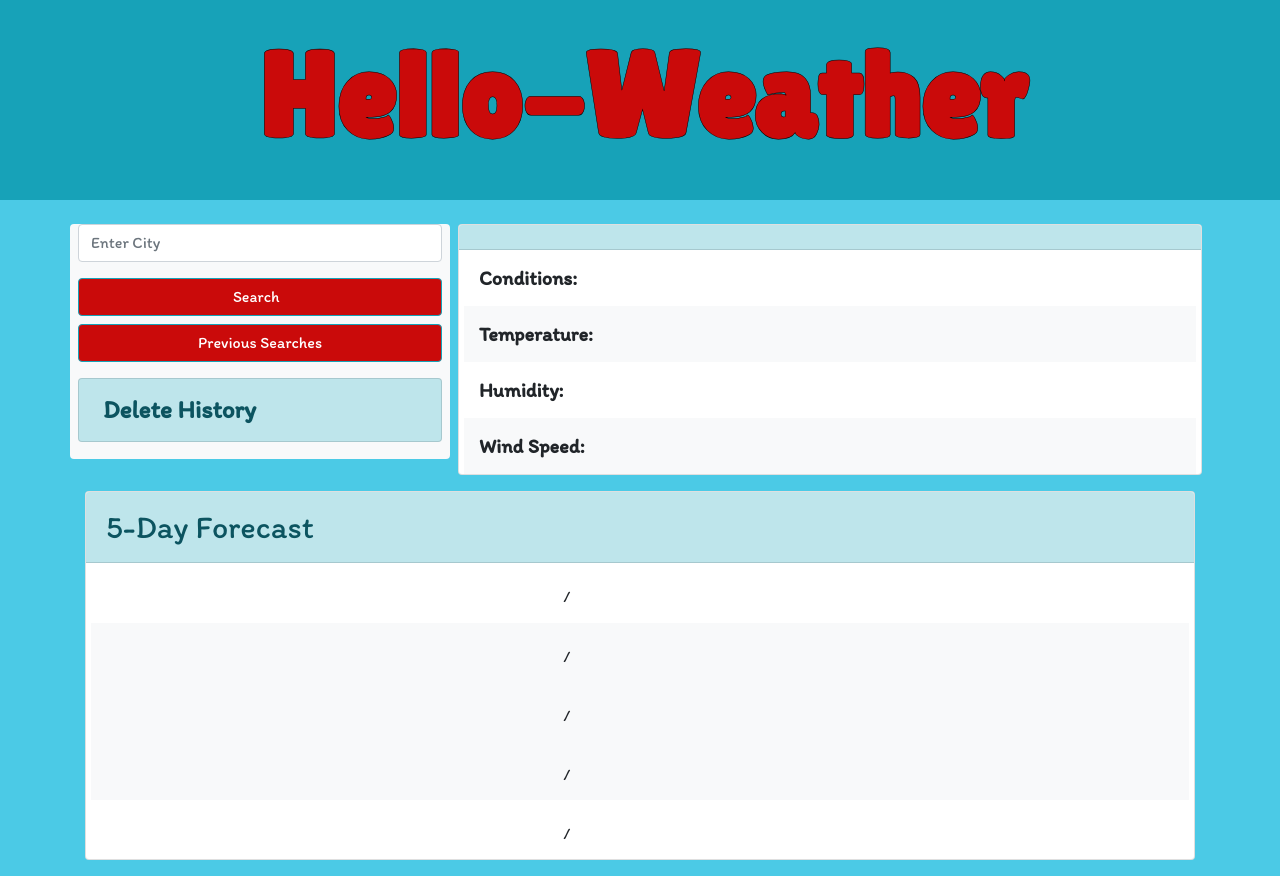
Repository: Jazinha/Hello-kitty-weather
Page: index.html
These files come from the project's save history. The page is drawn as it stood at one moment and after the next save; the edit follows.
The browser window is 1280 px wide. The pictures show the whole page.
Some web libraries are served in a nearby version.

Above is the page before, as saved 2023-02-08 01:46:47.

### index.html
<!DOCTYPE html>
<html>

<head>
    <title>Hello-Weather!</title>
    <meta charset="utf-8">

    <link rel="preconnect" href="https://fonts.googleapis.com">
    <link rel="preconnect" href="https://fonts.gstatic.com" crossorigin>
    <link href="https://fonts.googleapis.com/css2?family=Itim&family=Lilita+One&display=swap" rel="stylesheet">
    <link rel="stylesheet" href="https://cdn.jsdelivr.net/npm/bootstrap@4.0.0/dist/css/bootstrap.min.css"
        integrity="sha384-Gn5384xqQ1aoWXA+058RXPxPg6fy4IWvTNh0E263XmFcJlSAwiGgFAW/dAiS6JXm" crossorigin="anonymous">
    <link rel="stylesheet" href="style.css">
</head>

<body>
    <header class="bg-info p-4 mb-2 text-center">
        <h1 class="font-weight-bold text-red">
          <i class="fas fa-cloud-sun mr-1"></i>
          Hello-Weather
        </h1>
        <p id="today" class="h4 text-white"></p>
      </header>

      <!-- Content Container -->
      <div class="container">
        <div class="row">

          <!-- Sidebar: Search + Search History -->
          <aside class="col-sm-4 bg-light px-2 my-3 rounded">

            <!-- Search Input -->

              <input id="search" class="form-control" type="text" placeholder="Enter City" aria-label="Search"/>
              <button id="search-btn" class="btn btn-block btn-info mt-3" type="button">
                Search
                <img class="fas fa-search ml-1">
              </button>

            <!-- Previous Searches Button (only visible at smaller breakpoints) -->
            <button id="collapse-search-history" class="btn btn-block btn-info" type="button" data-toggle="collapse" data-target="#search-history" aria-expanded="false" aria-controls="collapseExample">
              Previous Searches
            </button>

            <!-- Search History -->
            <ul id="search-history" class="list-group collapse mt-3">
              <li id="delete-history" class="list-group-item list-group-item-info font-weight-bold">
                <i class="fas fa-trash-alt mr-1"></i>
                Delete History
              </li>
            </ul>
          </aside>

          <!-- Main Content: Weather Dashboard -->
          <main class="col-sm-8 px-2 mt-3">

            <!-- Section: Current Weather Data -->
            <section class="card">

              <!-- Current City -->
              <div class="card-header d-flex align-items-center list-group-item-info">
                <p id="city" class="h2 my-0 mr-2"></p>
                <img id="icon" class="">
              </div>

              <div class="card-body py-0">

                <!-- Current Conditions -->
                <div class="row d-flex align-items-center py-3">
                  <div class="col-8 col-md-6 col-lg-4">
                    <p id="current-condition" class="h5 font-weight-bold m-0">Conditions:</p>
                  </div>
                  <div class="col-4 col-md-6 col-lg-8 px-0">
                    <p id="condition" class="h5 font-weight-light m-0"></p>
                  </div>
                </div>

                <!-- Current Temperature -->
                <div class="row bg-light d-flex align-items-center py-3">
                  <div class="col-8 col-md-6 col-lg-4">
                    <p class="h5 font-weight-bold m-0">Temperature:</p>
                  </div>
                  <div class="col-4 col-md-6 col-lg-8 px-0">
                    <p id="temperature" class="h5 font-weight-light m-0"></p>
                  </div>
                </div>

                <!-- Current Humidity -->
                <div class="row d-flex align-items-center py-3">
                  <div class="col-8 col-md-6 col-lg-4">
                    <p class="h5 font-weight-bold m-0">Humidity:</p>
                  </div>
                  <div class="col-4 col-md-6 col-lg-8 px-0">
                    <p id="humidity" class="h5 font-weight-light m-0"></p>
                  </div>
                </div>

                <!-- Current Wind Speed -->
                <div class="row bg-light d-flex align-items-center py-3">
                  <div class="col-8 col-md-6 col-lg-4">
                    <p class="h5 font-weight-bold m-0">Wind Speed:</p>
                  </div>
                  <div class="col-4 col-md-6 col-lg-8 px-0">
                    <p id="wind-speed" class="h5 font-weight-light m-0"></p>
                  </div>
                </div>
                </div>
              </div>
            </section>

            <!-- Section: 5-Day Forecast -->
            <section class="card my-3">
              <div class="card-header d-flex align-items-center list-group-item-info py-3">
                <p class="h2 my-0">5-Day Forecast</p>
              </div>

              <div class="card-body py-0">

                <!-- Day 1 -->
                <div class="row d-flex align-items-center py-3">
                  <div class="col-2 d-flex justify-content-center">
                    <img id="day-1-icon" class="">
                  </div>
                  <div class="col-3 pr-0">
                    <p id="day-1-date" class="h5 text-info"></p>
                  </div>
                  <div class="col-7">
                    <p id="day-1-conditions" class="h5 text-info"></p>
                    <p class="h6 font-weight-light m-0">
                      <span id="day-1-temp"></span> /
                      <span id="day-1-humidity"></span>
                      <span id="day-1-wind"></span>
                    </p>
                  </div>
                </div>

                <!-- Day 2 -->
                <div class="row bg-light d-flex align-items-center py-3">
                  <div class="col-2 d-flex justify-content-center">
                    <img id="day-2-icon" class="">
                  </div>
                  <div class="col-3 pr-0">
                    <p id="day-2-date" class="h5 text-info"></p>
                  </div>
                  <div class="col-7">
                    <p id="day-2-conditions" class="h5 text-info"></p>
                    <p class="h6 font-weight-light m-0">
                      <span id="day-2-temp"></span> /
                      <span id="day-2-humidity"></span>
                      <span id="day-2-wind"></span>
                    </p>
                  </div>
                </div>

                <!-- Day 3 -->
                <div class="row bg-light d-flex align-items-center py-3">
                  <div class="col-2 d-flex justify-content-center">
                    <img id="day-3-icon" class="">
                  </div>
                  <div class="col-3 pr-0">
                    <p id="day-3-date" class="h5 text-info"></p>
                  </div>
                  <div class="col-7">
                    <p id="day-3-conditions" class="h5 text-info"></p>
                    <p class="h6 font-weight-light m-0">
                      <span id="day-3-temp"></span> /
                      <span id="day-3-humidity"></span>
                      <span id="day-3-wind"></span>
                    </p>
                  </div>
                </div>

                <!-- Day 4 -->
                <div class="row bg-light d-flex align-items-center py-3">
                  <div class="col-2 d-flex justify-content-center">
                    <img id="day-4-icon" class="">
                  </div>
                  <div class="col-3 pr-0">
                    <p id="day-4-date" class="h5 text-info"></p>
                  </div>
                  <div class="col-7">
                    <p id="day-4-conditions" class="h5 text-info"></p>
                    <p class="h6 font-weight-light m-0">
                      <span id="day-4-temp"></span> /
                      <span id="day-4-humidity"></span>
                      <span id="day-4-wind"></span>
                    </p>
                  </div>
                </div>

                <!-- Day 5 -->
                <div class="row d-flex align-items-center py-3">
                  <div class="col-2 d-flex justify-content-center">
                    <img id="day-5-icon" class="">
                  </div>
                  <div class="col-3 pr-0">
                    <p id="day-5-date" class="h5 text-info"></p>
                  </div>
                  <div class="col-7">
                    <p id="day-5-conditions" class="h5 text-info"></p>
                    <p class="h6 font-weight-light m-0">
                      <span id="day-5-temp"></span> /
                      <span id="day-5-humidity"></span>
                      <span id="day-5-wind"></span>
                    </p>
                  </div>
                </div>
              </div>
            </section>
          </main>
        </div>
      </div>

    <script src="https://code.jquery.com/jquery-3.2.1.slim.min.js"
        integrity="sha384-KJ3o2DKtIkvYIK3UENzmM7KCkRr/rE9/Qpg6aAZGJwFDMVNA/GpGFF93hXpG5KkN"
        crossorigin="anonymous"></script>
    <script src="https://cdn.jsdelivr.net/npm/popper.js@1.12.9/dist/umd/popper.min.js"
        integrity="sha384-ApNbgh9B+Y1QKtv3Rn7W3mgPxhU9K/ScQsAP7hUibX39j7fakFPskvXusvfa0b4Q"
        crossorigin="anonymous"></script>
    <script src="https://cdn.jsdelivr.net/npm/bootstrap@4.0.0/dist/js/bootstrap.min.js"
        integrity="sha384-JZR6Spejh4U02d8jOt6vLEHfe/JQGiRRSQQxSfFWpi1MquVdAyjUar5+76PVCmYl"
        crossorigin="anonymous"></script>
    <script src="./script.js"></script>
</body>

</html>

### style.css
body {
    background-color: rgb(75, 202, 230);
    font-size: 25px;
    font-family: 'Itim', cursive;;
}

.container-landing {
    text-align: center;
    justify-content: center;
    /* background-image: ; */
}

h1 {
    font-size: 120px;
    font-family: 'Lilita One', cursive;
    color: rgb(202, 10, 10);
    -webkit-text-stroke: .5px black;
}

#initial {
    font-family: 'Lilita One', cursive;
    width: 190px;
    height: 33px;
    padding: 0px 2px;
    border: none;
}

.btn {
    background-color:rgb(202, 10, 10);
    text-decoration: none;
}


.btn:hover {
    background-color: rgb(217, 75, 98);
  }


.days-week {
    display: flex;
    flex-flow: row wrap;
  }

#search-btn {
    background-color:rgb(202, 10, 10);
    text-decoration: none;
}

### script.js
function init() {
    console.log("dd");
    var searchBtn = document.getElementById("search-btn");
    var inputTxt = document.getElementById("search");
    var APIKEY = '3d90c1ba80e1377a6db30bdf0b2f1488'
    searchBtn.addEventListener("click", () => {
        var inptTextValue = inputTxt.value;
        // console.log(inptTextValue);

        fetch(`https://api.openweathermap.org/data/2.5/forecast?q=${inptTextValue}&appid=${APIKEY}`)
            .then((response) => response.json())
            .then((data) => {
                var weathers = data.list;
                var eachDays = Array();
                for (var i = 0; i < weathers.length; i += 8) {
                    console.log(weathers[i]);
                    eachDays.push({
                        condition: weathers[i].weather[0].main,
                        temperature: weathers[i].main.temp,
                        humidity: weathers[i].main.humidity,
                        windSpeed: weathers[i].wind.speed,
                        icon: weathers[i].weather[0].icon,
                        date: weathers[i].dt_txt
                    });

                    var conditionDisplay = ``;
                    // console.log(condition);
                    // console.log(temperature);
                    // console.log(humidity);
                    // console.log(windSpeed);
                }

                console.log(eachDays);

                var currentDayCity = document.getElementById("city");
                var currentIcon = document.getElementById("icon");
                var currentCondition = document.getElementById("condition");
                var currentTemperature = document.getElementById("temperature");
                var currentHumidity = document.getElementById("humidity");
                var currentWindSpeed = document.getElementById("wind-speed");
                // var currentDayText = document.getElementById("dt_txt").innerHTML;

                currentDayCity.innerText = inptTextValue + " (" + eachDays[0].date + ") ";
                currentIcon.src = `http://openweathermap.org/img/wn/${eachDays[0].icon}@2x.png`;

                currentTemperature.innerHTML = eachDays[0].temperature;
                currentHumidity.innerHTML = eachDays[0].humidity;
                currentCondition.innerHTML = eachDays[0].condition;
                currentWindSpeed.innerHTML = eachDays[0].windSpeed;


                for (var i = 1; i < 6; i+=1)
                {
                    var icon = document.getElementById(`day-${i}-icon`);
                    var day = document.getElementById(`day-${i}-date`);
                    var condition = document.getElementById(`day-${i}-conditions`);
                    var day_temp = document.getElementById(`day-${i}-temp`);
                    var humidity = document.getElementById(`day-${i}-humidity`);
                    var windSpeed = document.getElementById(`day-${i}-wind`);

                    icon.src = `http://openweathermap.org/img/wn/${eachDays[i-1].icon}.png`;
                    day.innerHTML = " (" + eachDays[i-1].date + ") ";
                    condition.innerHTML = eachDays[i-1].condition;
                    day_temp.innerHTML = eachDays[i-1].temperature;
                    humidity.innerHTML = eachDays[i-1].humidity;
                    windSpeed.innerHTML = eachDays[i-1].windSpeed;
                }

/**div class="row d-flex align-items-center py-3">
                  <div class="col-2 d-flex justify-content-center">
                    <img id="day-1-icon" class="">
                  </div>
                  <div class="col-3 pr-0">
                    <p id="day-1-date" class="h5 text-info"></p>
                    <p id="day-1-year" class="h6 font-weight-light m-0"></p>
                  </div>
                  <div class="col-7">
                    <p id="day-1-conditions" class="h5 text-info"></p>
                    <p class="h6 font-weight-light m-0">
                      <span id="day-1-temp"></span> /
                      <span id="day-1-humidity"></span>
                    </p>
                  </div>
                </div>
   */

            });


        })
    // setTimeout(
    //     () => {
    //         console.log(inputTxt)
    //     }
    // , 1000);






}

// 3d90c1ba80e1377a6db30bdf0b2f1488

// api.openweathermap.org/data/2.5/forecast?q=California&appid=3d90c1ba80e1377a6db30bdf0b2f1488

init()

After the next save:
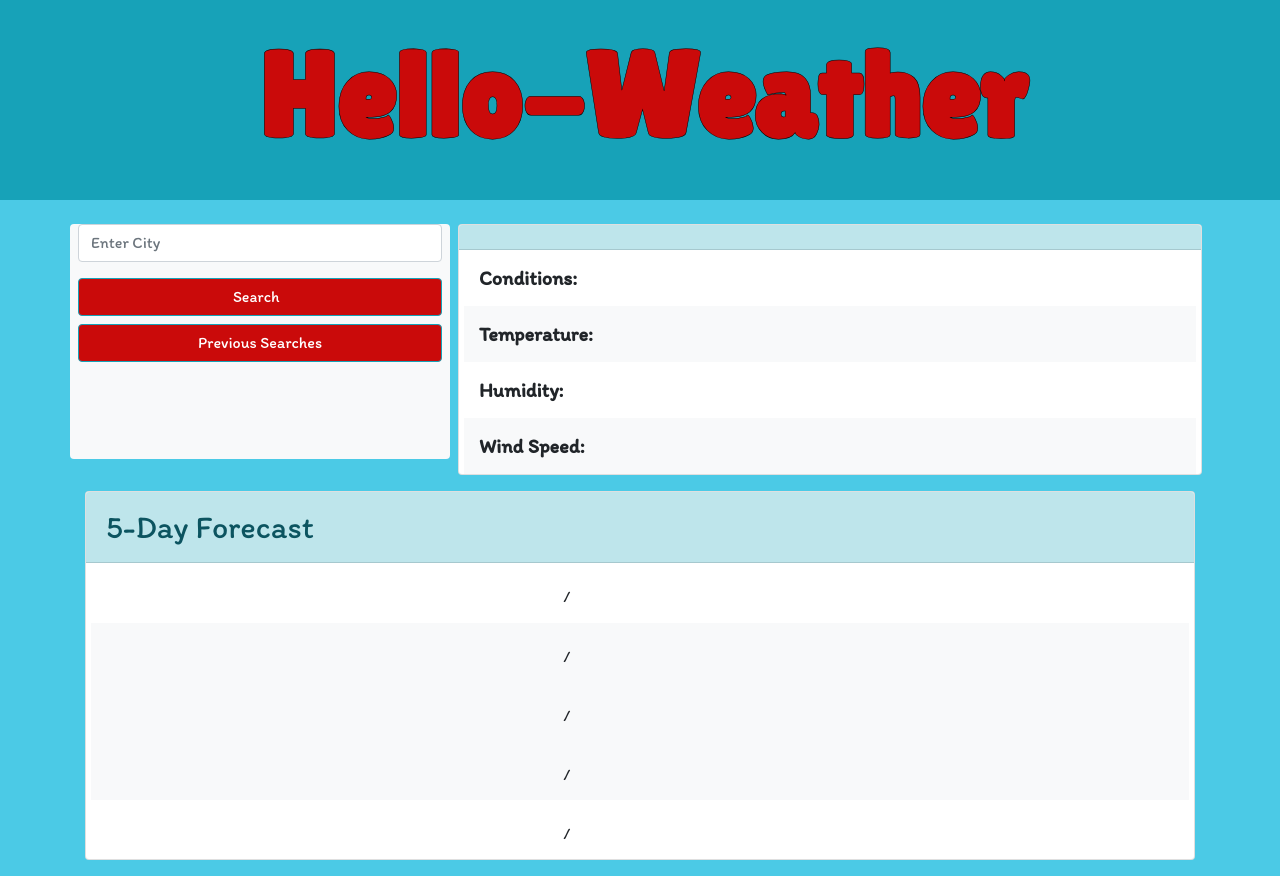
Saved 2 min 0 s later.
--- a/index.html
+++ b/index.html
@@ -42,13 +42,16 @@
               Previous Searches
             </button>
 
-            <!-- Search History -->
+            <!-- Search History
             <ul id="search-history" class="list-group collapse mt-3">
               <li id="delete-history" class="list-group-item list-group-item-info font-weight-bold">
                 <i class="fas fa-trash-alt mr-1"></i>
                 Delete History
               </li>
-            </ul>
+            </ul> -->
+            <div id="search-history">
+
+            </div>
           </aside>
 
           <!-- Main Content: Weather Dashboard -->
